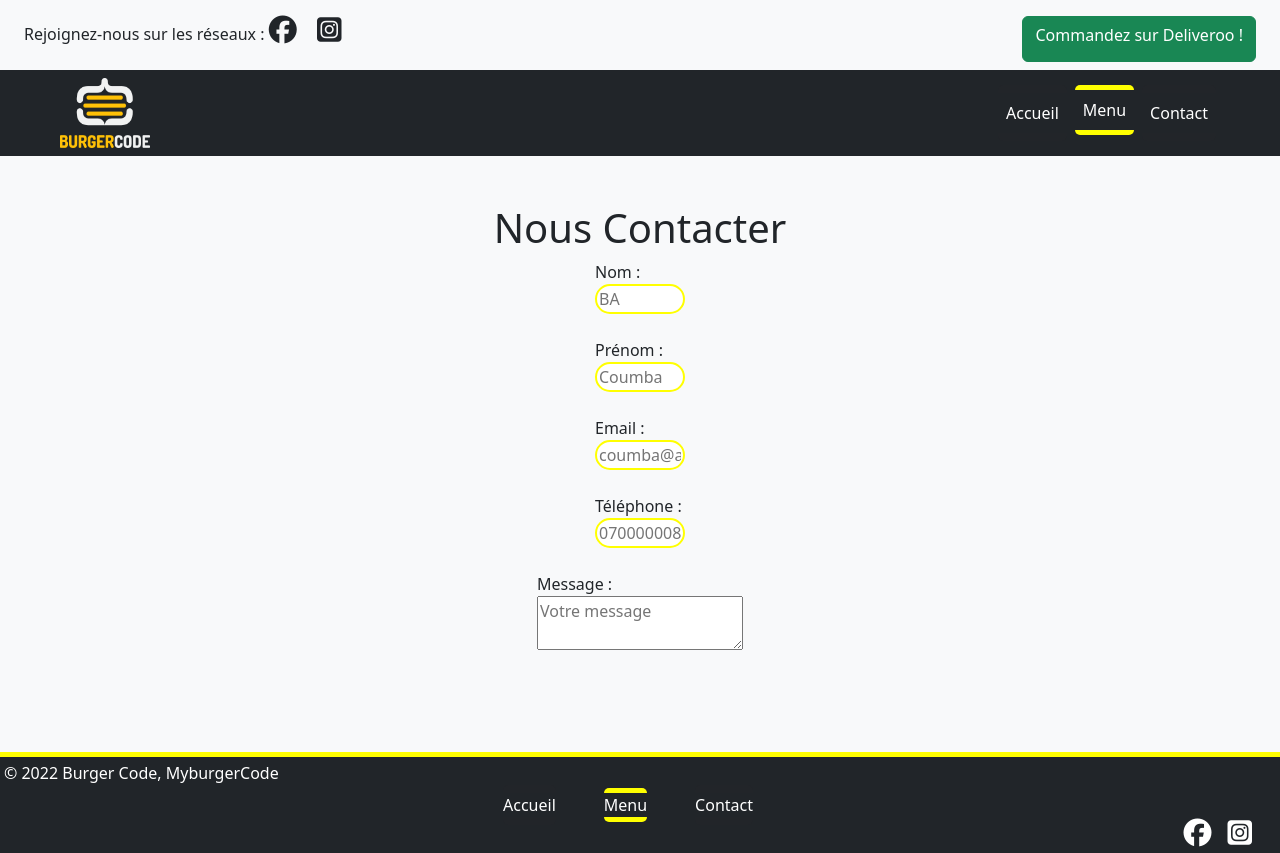
Repository: Coumba25040/coumbaProjet
Page: VraiProjet/contact.html
These files come from the project's save history. The page is drawn as it stood at one moment and after the next save; the edit follows.
The browser window is 1280 px wide. The pictures show the whole page.

Above is the page before, as saved 2025-01-24 14:09:36.

After the next save:
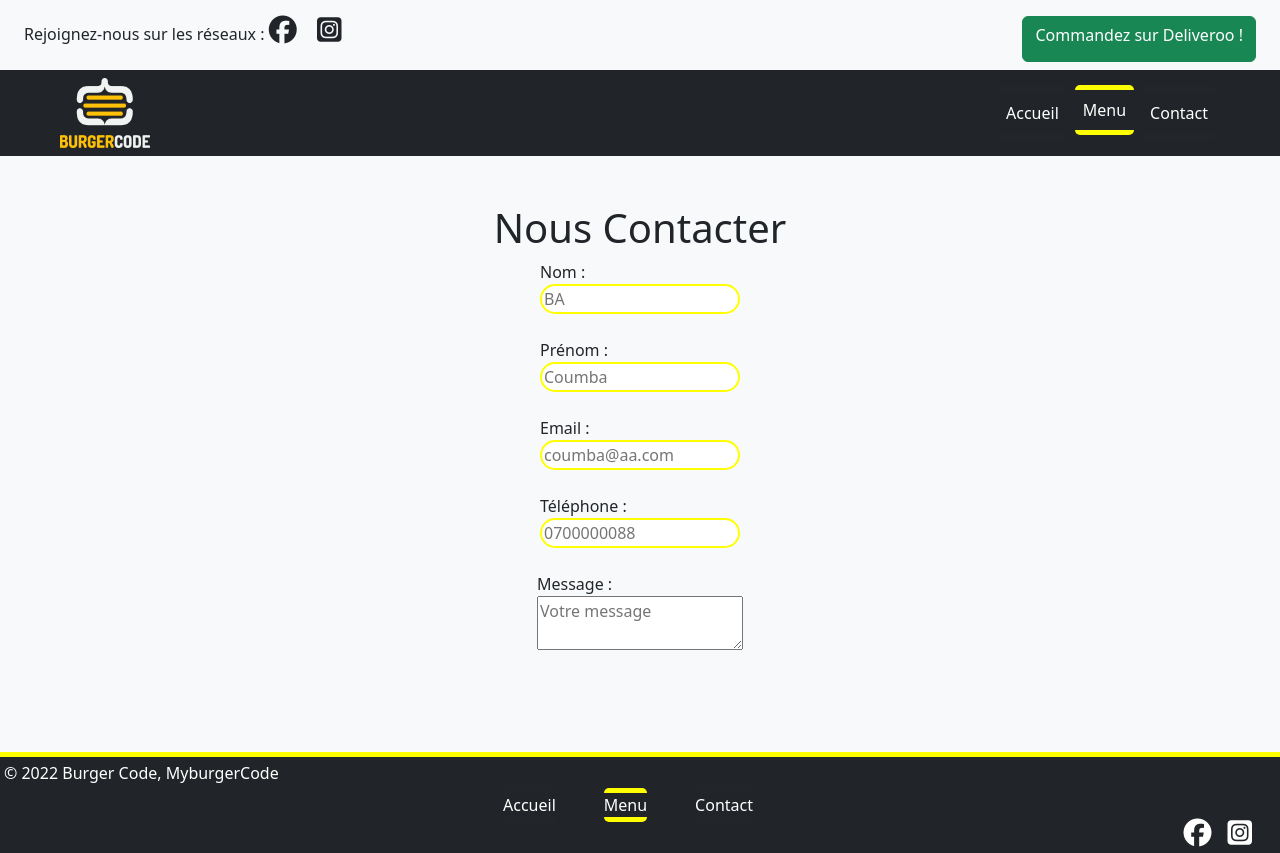
Saved 14 s later.
--- a/VraiProjet/contact.html
+++ b/VraiProjet/contact.html
@@ -51,7 +51,7 @@
         input{
             border: 2px solid yellow;
             border-radius: 20px;
-            width: 90px;
+            width: 200px;
 
 
         }
